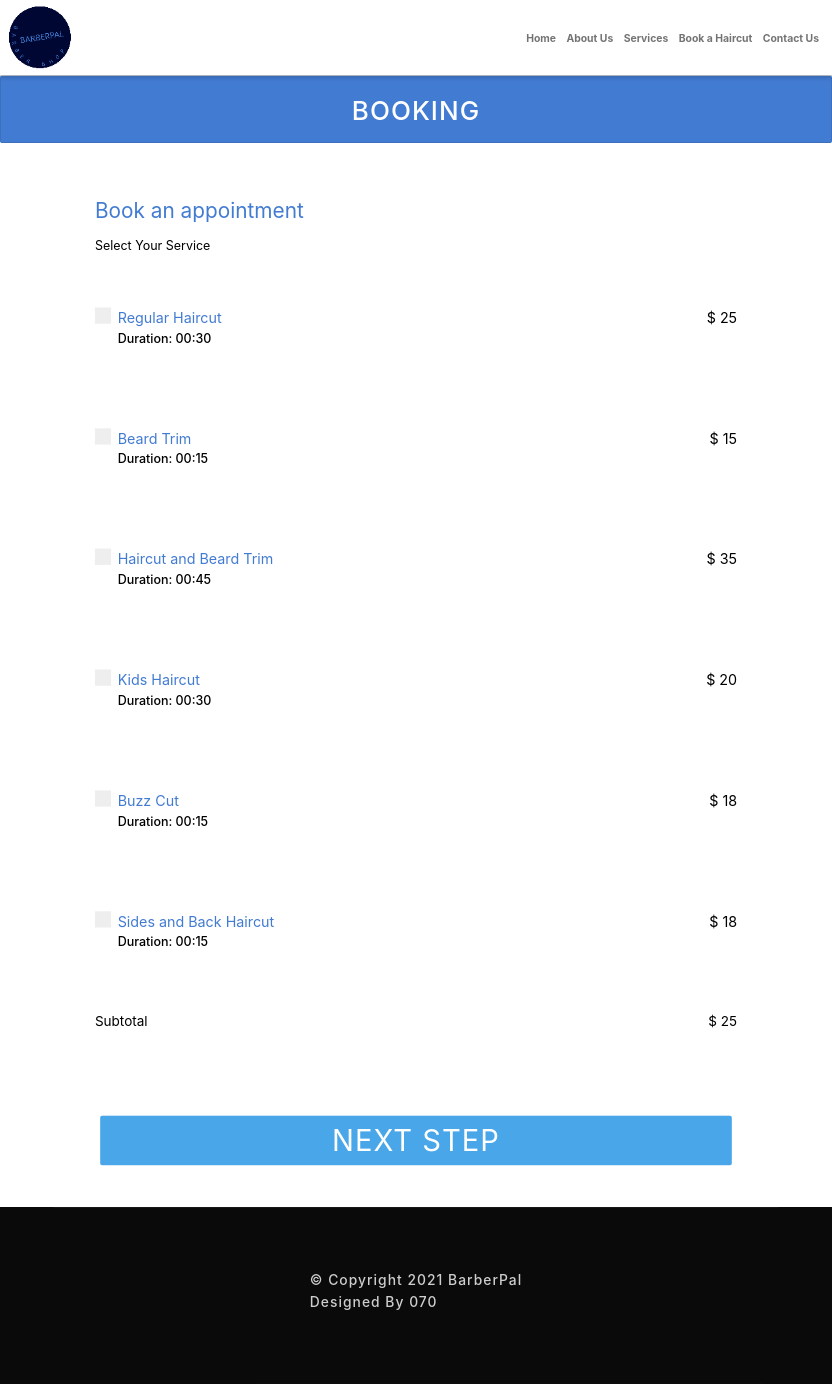
Repository: ofovweewere/haircutPal
Page: /services
An editor plug-in stored every save of this project. The page is shown before and after the next save, followed by the edit.
The browser window is 1280 px wide. The pictures show the whole page, at 65% of full size.
The project was rebuilt for these pictures with package versions that can differ from the ones it lists, and the page was loaded fresh each time. Also part of the build but not shown: src/tutorial/0-Practice/bookCut.js, src/tutorial/0-Practice/about.js, src/tutorial/0-Practice/servicesAndProducts.js, src/tutorial/0-Practice/contact.js, src/tutorial/0-Practice/landing.js, src/tutorial/0-Practice/error.js.

Above is the page before, as saved 2022-06-24 13:20:09.

After the next save:
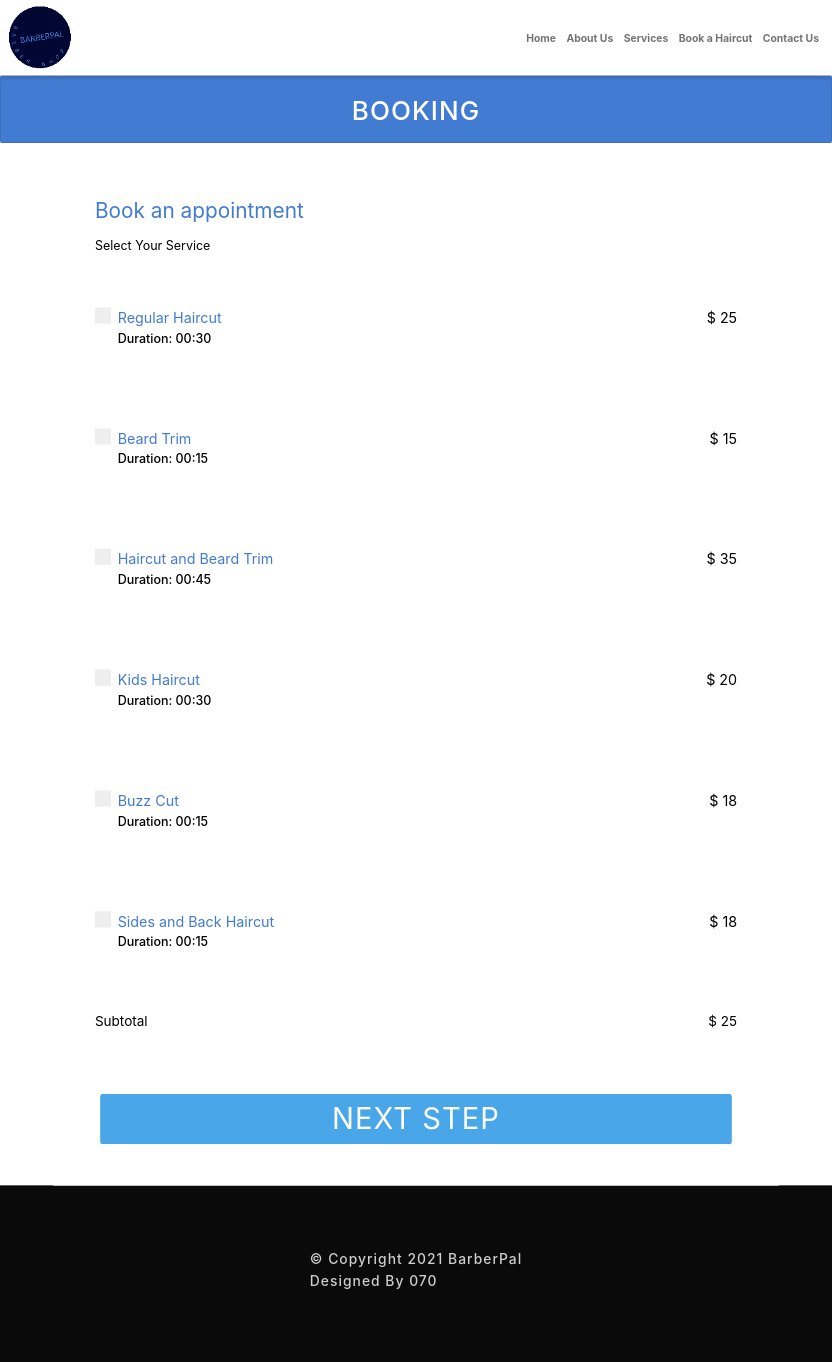
Saved 3 min 15 s later.
--- a/src/tutorial/0-Practice/footing.js
+++ b/src/tutorial/0-Practice/footing.js
@@ -10,7 +10,7 @@ const Footing = ({title, description}) => {
         style={{
           color: 'var(--clr-white)',
           width: '100%',
-          minHeight: '10rem',
+
           background: 'var(--clr-primary-5)',
           border: 'transparent',
         }}
@@ -27,7 +27,7 @@ const Footing = ({title, description}) => {
             paddingTop: '0',
           }}
         >
-          <div className="whiteParagraph" style={{ paddingTop: '0' }}>
+          <div className="whiteParagraph" style={{ paddingTop: '0', marginBottom:'0' }}>
             <table className="whiteParagraphTab" style={{ width: '100%' }}>
               <thead>
                 <tr>
